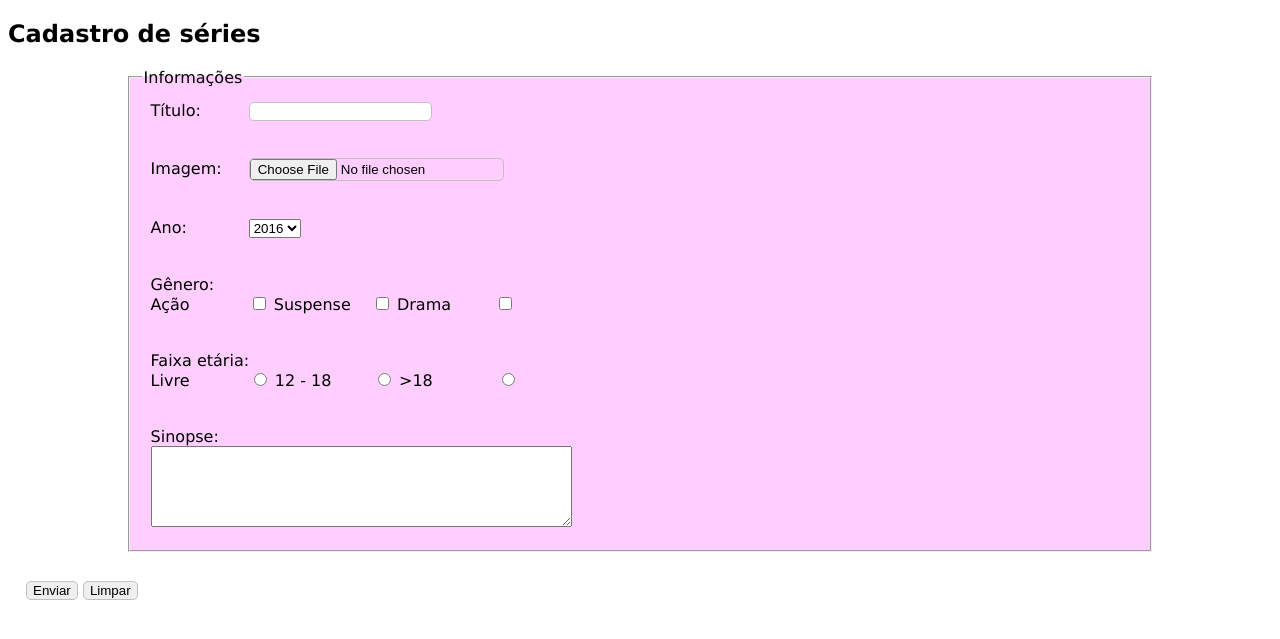
Repository: shamanickCoder/FIAP
Page: Desenvolvimentos de Sistemas Web/1 semestre/Javascript/CSS-AULAS/09-CSS/WebContent/cadastro.html
These files come from the project's save history. The page is drawn as it stood at one moment and after the next save; the edit follows.
The browser window is 1280 px wide. The pictures show the whole page.

Above is the page before, as saved 2016-03-30 12:03:42.

After the next save:
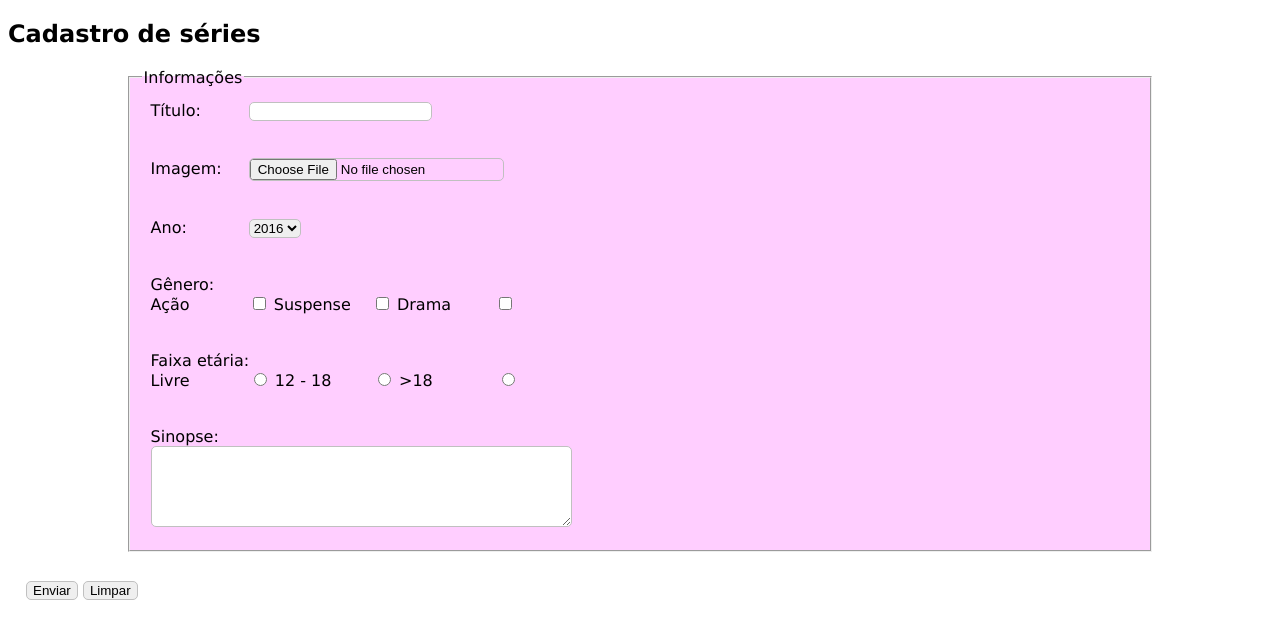
Saved 40 s later.
--- a/Desenvolvimentos de Sistemas Web/1 semestre/Javascript/CSS-AULAS/09-CSS/WebContent/estilo.css
+++ b/Desenvolvimentos de Sistemas Web/1 semestre/Javascript/CSS-AULAS/09-CSS/WebContent/estilo.css
@@ -13,7 +13,7 @@ label {
 	width: 93px;
 	display: inline-block; /*para a largura (width) funcionar*/
 }
-input {
+input, select, textarea {
 	border: 1px solid silver; /*borda*/
 	border-radius: 5px; /*borda arredondada*/
 }
